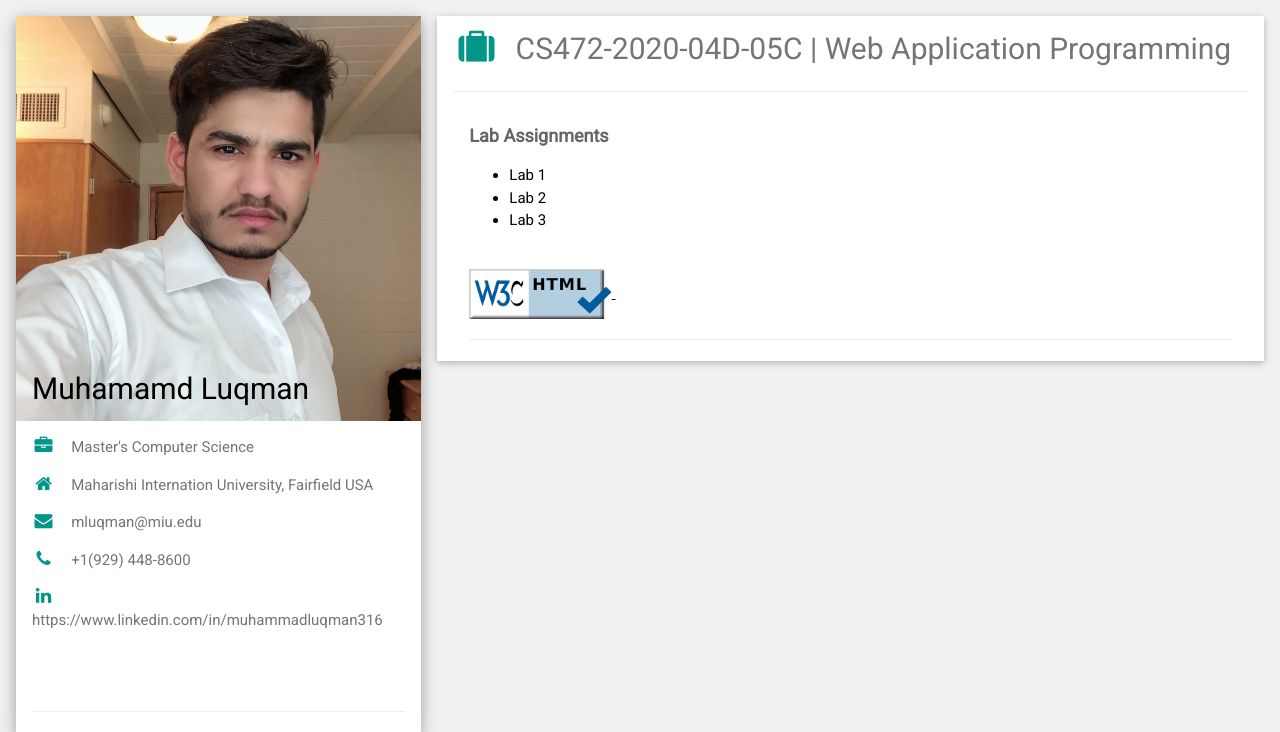
Repository: luqmang316/luqmang316.github.io
Page: index.html
These files come from the project's save history. The page is drawn as it stood at one moment and after the next save; the edit follows.
The browser window is 1280 px wide. The pictures show the whole page.

Above is the page before, as saved 2021-06-27 22:02:06.

After the next save:
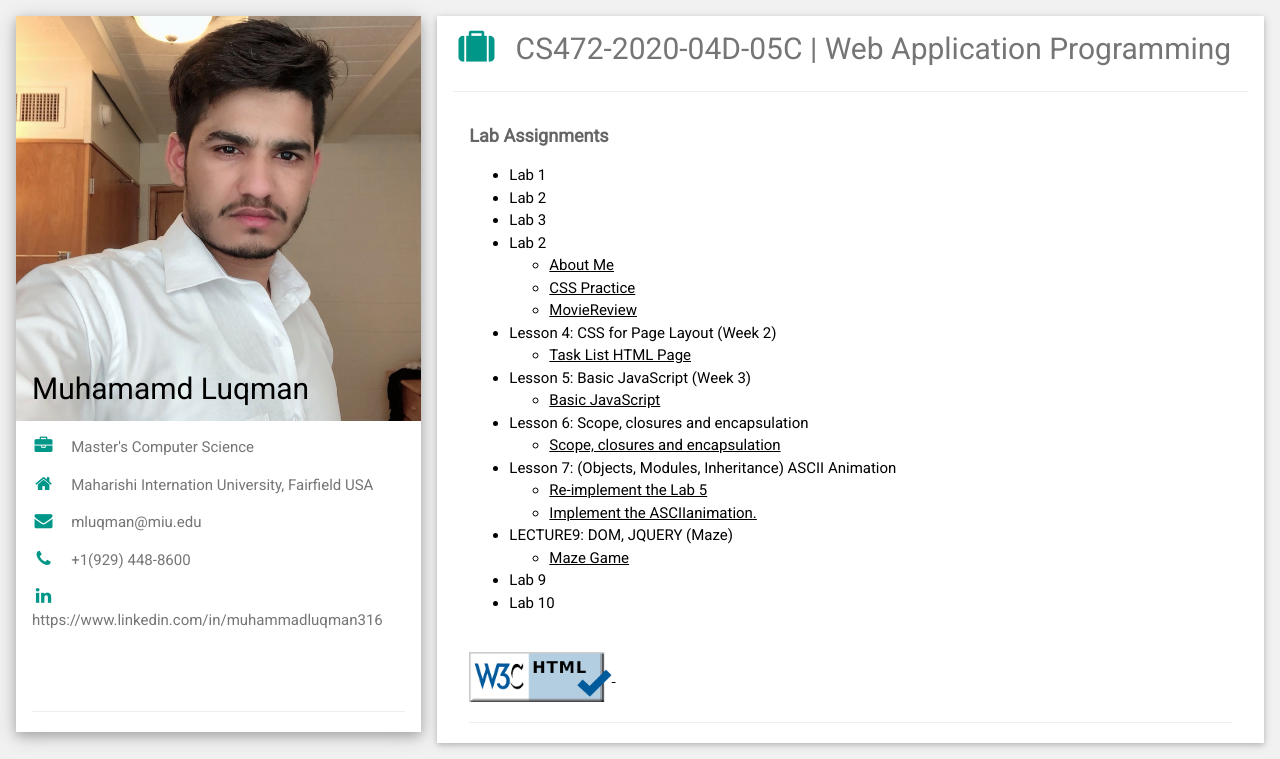
Saved 6 days later.
--- a/index.html
+++ b/index.html
@@ -67,7 +67,6 @@
                             <li> Lab 1 </li>
                             <li> Lab 2 </li>
                             <li> Lab 3 </li>
-                            <!--
                             <li> Lab 2
 
                                 <ul class="inside">
@@ -113,7 +112,7 @@
                             </li>
 
                             <li>Lab 9</li>
-                            <li>Lab 10</li> -->
+                            <li>Lab 10</li>
                         </ul>
                         <br>
 
